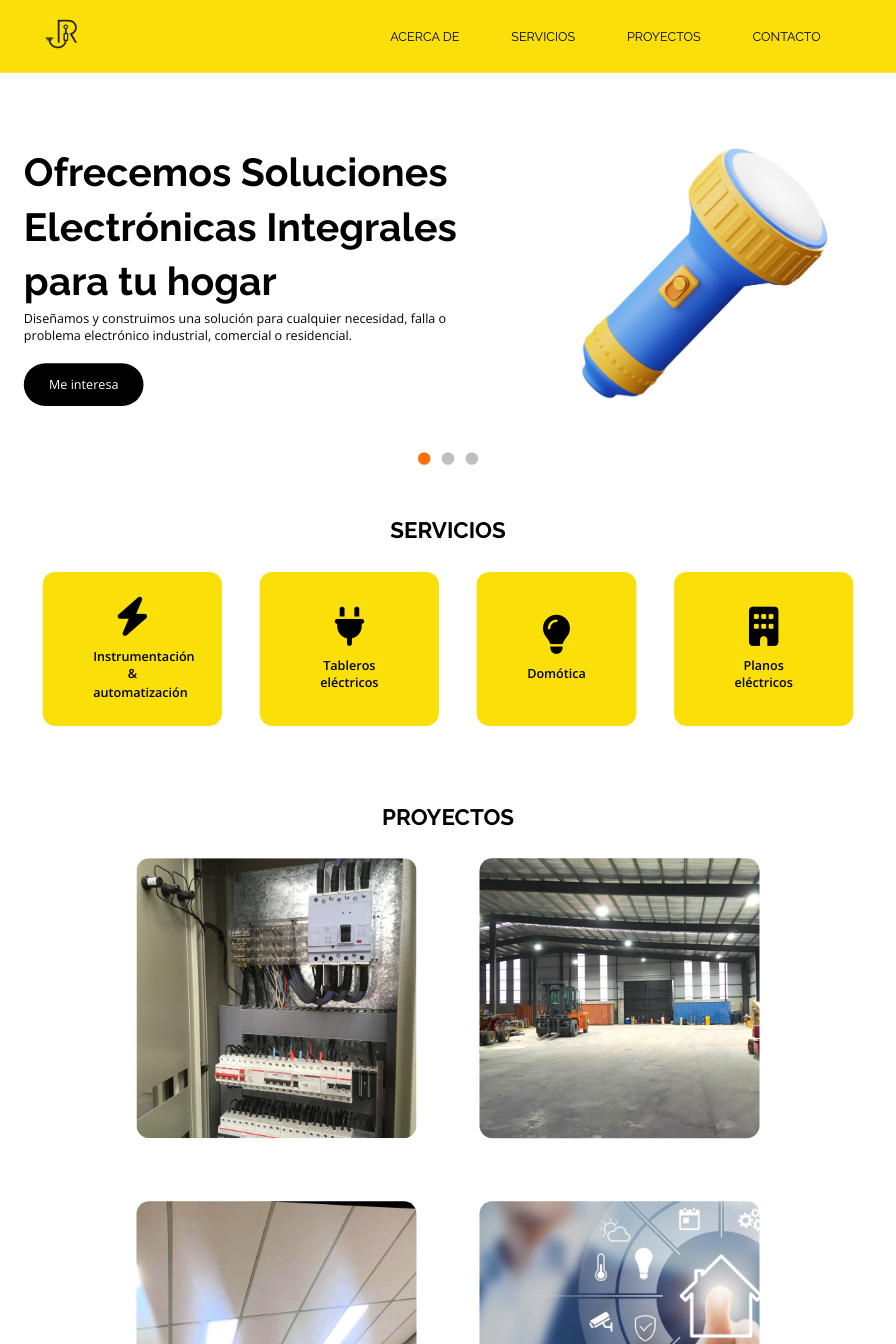
Repository: jeraldinnemg/rjelectronics
Page: index.html
An editor plug-in stored every save of this project. The page is shown before and after the next save, followed by the edit.
The browser window is 1280 px wide. The pictures show the part of the page from y = 0 to 1920 px (the page is 2823 px tall), at 70% of full size.
Some web libraries are served in a nearby version.

Above is the page before, as saved 2022-07-27 20:59:14.

### index.html
<!DOCTYPE html>
<html lang="en">
<head>
    <meta charset="UTF-8">
    <meta http-equiv="X-UA-Compatible" content="IE=edge">
    <meta name="viewport" content="width=device-width, initial-scale=1.0">
    <link rel="shortcut icon" href="favicon.ico" type="image/x-icon">
    <!-- Google fonts -->
    <link rel="preconnect" href="https://fonts.googleapis.com">
    <link rel="preconnect" href="https://fonts.gstatic.com" crossorigin>
<link href="https://fonts.googleapis.com/css2?family=Open+Sans:wght@300;400;500;600&family=Raleway:wght@300;400;500;600;700;800&display=swap" rel="stylesheet">
<link rel="stylesheet" href="https://cdnjs.cloudflare.com/ajax/libs/font-awesome/6.1.1/css/all.min.css" integrity="sha512-KfkfwYDsLkIlwQp6LFnl8zNdLGxu9YAA1QvwINks4PhcElQSvqcyVLLD9aMhXd13uQjoXtEKNosOWaZqXgel0g==" crossorigin="anonymous" referrerpolicy="no-referrer" />
    <!-- Custom system -->
    <link rel="stylesheet" href="index.css">
    <script src="https://kit.fontawesome.com/05b8218d7f.js" crossorigin="anonymous"></script>


    <script src="navigation.js" defer></script>
    <script src="tabs.js" defer></script>

    <title>RJ Electronics</title>
</head>
<body>
    <header class="primary-header flex">
            <a href="#">
                <img class="logo" width="50px" height="50px"src="/img/logo.svg" alt="">
            </a>
            <button class="mobile-nav-toggle" aria-controls="primary-navigation"><span class="sr-only" aria-expanded="false">Menu</span></button>
            <nav >
                <ul class="primary-navigation flex" data-visible="false">
                    <li><a href="#" class="uppercase text-dark ff-serif">Acerca de</a></li>
                    <li><a href="#" class="uppercase text-dark ff-serif">Servicios</a></li>
                    <li><a href="#" class="uppercase text-dark ff-serif">Proyectos</a></li>
                    <li><a href="#" class="uppercase text-dark ff-serif">Contacto</a></li>
                </ul>
            </nav>
    </header>

    <main class="grid-container grid-container--home">
        <section class="hero">
            <div class="container flex">
                <!-- CTA-1 -->
                <article class="a-self" id="lampara-tab" role="tabpanel" tabindex="0">
                    <h1 class="ff-serif fs-700">Ofrecemos Soluciones Electrónicas Integrales para tu hogar</h1>
                    <p class="ff-sans fs-400">Diseñamos y construimos una solución para cualquier necesidad, falla o problema electrónico industrial, comercial o residencial.</p>
                    <a href="#" class="button"><span>Me interesa</span></a>
                </article>
                <!-- CTA-2 -->
                <article hidden class="a-self" id="destornillador-tab" role="tabpanel" tabindex="0">
                    <h2 class="ff-serif fs-700">Creamos espacios luminosos a tu medida</h2>
                    <p class="ff-sans fs-400">Nos encargamos de calcular los lumens necesarios para que obtengas un espacio con luz de calidad.</p>
                    <a href="#" class="button"><span>Ver más</span></a>
                </article>
                <!-- CTA-3 -->
                <article hidden class="a-self" id="interruptor-tab" role="tabpanel" tabindex="0">
                    <h2 class="ff-serif fs-700">Creamos ambientes inteligentes</h2>
                    <p class="ff-sans fs-400">Nos encargamos de automatizar espacios y lugares de manera fácil y rápida.</p>
                    <a href="#" class="button"><span>Me interesa</span></a>
                </article>
                <picture class= "hero__image" id="lampara-image">
                    <img src="/img/lampara.png" alt="lampara" >
                </picture>
                <picture class= "hero__image" hidden id="destornillador-image">
                    <img src="/img/destornillador.png" alt="destornillador">
                </picture>
                <picture class= "hero__image" hidden id="interruptor-image">
                    <img src="/img/interruptor.png" alt="interruptor">
                </picture>
            </div>
            <!-- Dots -->
            <div class="dot-indicators flex" role="tablist" aria-label="services list">
                <button aria-selected="true" aria-controls="lampara-tab" data-image="lampara-image" role="tab" tabindex="0"><span class="sr-only">Lampara</span></button>
                <button aria-selected="false" aria-controls="destornillador-tab" data-image="destornillador-image" role="tab" tabindex="-1"><span class="sr-only">destornillador</span></button>
                <button aria-selected="false" aria-controls="interruptor-tab" data-image="interruptor-image" role="tab" tabindex="-1"><span class="sr-only">Interruptor</span></button>
            </div>
        </section>

        <section class="services">
            <h2 class="ff-serif fs-600 uppercase">Servicios</h2>
            <div class="container">
                <article class="card flex">
                    <i class="fa-solid fa-bolt fs-700"></i>
                    <div class="card-body">
                        <h2 class="card-title fs-400">Instrumentación & automatización</h2>

                    </div>
                </article>
                <article class="card flex">
                    <i class="fa-solid fa-plug fs-700 "></i>
                    <div class="card-body">
                        <h2 class="card-title fs-400">Tableros eléctricos</h2>

                    </div>
                </article>
                <article class="card flex">
                    <i class="fa-solid fa-lightbulb fs-700"></i>
                    <div class="card-body">
                        <h2 class="card-title fs-400">Domótica</h2>

                    </div>
                </article>
                <article class="card flex">
                    <i class="fa-solid fa-building  fs-700"></i>
                    <div class="card-body">
                        <h2 class="card-title fs-400">Planos eléctricos</h2>

                    </div>
                </article>
        </div>
        </section>
        <section class="projects">
            <h2 class="ff-serif fs-600 uppercase">Proyectos</h2>
            <div class="projects-container grid">
                <article class="project" style="background-image: url('/img/servicio-electricidad.JPG')">
                    <div class="project-overlay">
                    <h2 class="overlay-text fs-600 uppercase" >Tablero eléctrico</h2>
                    </div>
                </article>
                <article class="project" style="background-image: url('/img/trabajos-iluminacion-galpon.JPG')">
                    <div class="project-overlay">
                        <h2 class="overlay-text fs-500 uppercase">Iluminación industrial</h2>
                    </div>
                </article>
                <article class="project" style="background-image: url('/img/iluminacion-oficinas.jpeg') ">
                    <div class="project-overlay">
                        <h2 class="overlay-text fs-500 uppercase">Iluminación de oficina</h2>
                    </div>
                </article>
                <article class="project" style="background-image: url('/img/servicios-domotica.jpg') ">
                    <div class="project-overlay">
                        <h2 class="overlay-text fs-500 uppercase">Domótica en casa</h2>
                    </div>
                </article>
        </div>
        </section>
        <section class="statics">
            <h2 class="ff-serif fs-600 uppercase">Nuestros números</h2>
            <div class="grid-container" >
            <div>
                <span>+5</span>
                <p>Años de experiencia</p>
            </div>
            <div>
                <span>+40</span>
                <p>Proyectos terminados</p>
            </div>
            <div>
                <span>+20</span>
                <p>Clientes felices</p>
            </div>
        </div>
        </section>

    </main>


    <footer class="flex">
        <a href="#">
            <img class="logo" width="50px" height="50px"src="/img/logo.svg" alt="">
        </a>
        <div class="col">
            <h3>Contacto</h3>
                <p>hola@rjelectronic.com</p>
                <p>1150329541</p>
        </div>
        <div class="col">
            <h3>RRSS</h3>
                <p>hola@rjelectronic.com</p>
                <p>1150329541</p>
                <p>Content</p>
        </div>
    </footer>

</body>
</html>

### index.css
/* ----------------------- */
/* --Custom properties---- */
/* ----------------------- */

:root {
   /*colors*/
   --clr-dark: 0 0% 0%;
   --clr-main: 53 97% 51%;
   --clr-secondary: 25 100% 52%;
   --clr-white: 0 0% 100%;

/*font-sizes*/
--fs-1000: 9.375rem; /*150x*/
--fs-900: 6.25rem; /*100px*/
--fs-800: 4.5rem; /*72px*/
--fs-700: 3.5rem; /*56px*/
--fs-600: 2rem; /*32px*/
--fs-500: 1.75rem; /*28px*/
--fs-400: 1.125rem; /*18px*/
--fs-300: 1rem; /*16px*/
--fs-200: 0.875rem; /*14px*/

/*font-family*/
--ff-serif: "Raleway", serif;
--ff-sans: "Open sans", sans-serif;


}

.uppercase {
    text-transform: uppercase;
}

/* -------------- */
/* -----RESET---- */
/* -------------- */

*,
*::before,
*::after {
    box-sizing: border-box;
}

/* Reset margins */
h1,
h2,
h3,
h4,
h5,
body,
p,
picture,
figure {
    margin:0;
}

/* Set up the body  */

body {
    font-family: var(--ff-sans);
    font-size: var(--fs-400);
    color:hsl(var(--clr-dark));
    line-height: 1.4;
    min-height: 100vh;

    display: grid;
    grid-template-rows: min-content 1fr;

    overflow-x:hidden;
}

/* Make images easier to work */
img,
picture {
    max-width: 100%;
}

/* Make form elements easier to work*/
input,
select,
button,
textarea {
    font: inherit;
}

/* Remove all animations, transitions and smooth scroll for people that prefer not to see them (Accesibility Recourse piccali.li*/
@media (prefers-reduced-motion: reduce) {
    html:focus-within {
     scroll-behavior: auto;
    }

    *,
    *::before,
    *::after {
      animation-duration: 0.01ms !important;
      animation-iteration-count: 1 !important;
      transition-duration: 0.01ms !important;
      scroll-behavior: auto !important;
    }
  }

/* ------------------ */
/* -UTILITY CLASES-- */
/* ----------------- */

.flex {
    display: flex;
    gap: var(--gap, 1rem);
}

.grid {
    display: grid;
    gap: var(--gap, 1rem);
}

.a-self{
    align-self: center;
}

.container {
    padding-inline: 1em;
    margin-inline: auto;
    max-width: 80rem;

    display: flex;
    flex-direction: column;
}

.dot-indicators{
    justify-content: center;
}

.hero{
    margin-top: 2em;
}


.sr-only {
    position: absolute;
    width: 1px;
    height: 1px;
    padding: 0;
    margin: -1px;
    overflow: hidden;
    clip: rect (0,0,0,0);
    white-space: nowrap; /*added line*/
    border: 0;
}

/*Colors */

.bg-dark { background-color: hsl(var(--clr-dark));}
.bg-yellow {background-color: hsl(var(--clr-yellow));}
.bg-white { background-color: hsl(var(--clr-white));}

.text-dark { color: hsl(var(--clr-dark));}
.text-dark { color: hsl(var(--clr-dark));}
.text-dark { color: hsl(var(--clr-dark));}

/*Typography */

.ff-serif {font-family: var(--ff-serif);}
.ff-sans {font-family: var(--ff-sans);}

.letter-spacing-1  {letter-spacing: 4.75px;}
.letter-spacing-2  {letter-spacing: 2.7px;}
.letter-spacing-1  {letter-spacing: 2.35px;}

.fs-900 {font-size: var(--fs-900);}
.fs-800 {font-size: var(--fs-800);}
.fs-700 {font-size: var(--fs-700);}
.fs-600 {font-size: var(--fs-600);}
.fs-500 {font-size: var(--fs-500);}
.fs-400 {font-size: var(--fs-400);}
.fs-300 {font-size: var(--fs-300);}
.fs-200 {font-size: var(--fs-200);}

.fw-400 {font-weight: 400;}
.fw-500 {font-weight: 500;}

/* General */

.flex {
    display: flex;
    gap: var(--gap, 1rem);
}

.flex.even-columns > * {
    width: 100%;
}

.grid {
    display: grid;
    gap: var(--gap, 1rem);
}

.d-block {
    display: block;
}

/* ----------------- */
/* ---COMPONENT----- */
/* ----------------- */

/* Primary header */

.logo{
    margin: 1.5rem clamp(1.5rem, 5vw, 4rem);
}

.primary-header{
    align-items:center;
    justify-content: space-between;
    background-color: hsl(var(--clr-main));
}

.primary-navigation{
    --gap: clamp(1.5rem, 5vw, 3.5rem);
    list-style: none;
    text-decoration: none;
    padding: 0;
    margin:0;
}

.primary-navigation a, footer a{
    text-decoration: none;
    margin-right: 1em;
}

.mobile-nav-toggle{
    display: none;
}

@media(max-width:35em){
    .primary-navigation{
        --underline-gap: 0.5rem;
        position: fixed;
        inset: 0 0 0 20%;
        z-index:1000;
        padding: min(20rem, 15vh);
        margin:0;
        z-index:1000;
        list-style: none;
        flex-direction: column;
        background-color: hsl(var(--clr-main));
        transform: translateX(100%);
        transition: transform ease-in-out;

    }

    .primary-navigation[data-visible='true']{
        transform: translateX(0);
    }

    .mobile-nav-toggle {
        display: block;
        position: absolute;
        z-index:2000;
        right: 2rem;
        top: 2rem;
        background: transparent;
        background-image: url(/img/icon-hamburger.svg);
        background-repeat:no-repeat;
        background-position: center;
        width: 1.5rem;
        aspect-ratio:1;
        border: 0;
        cursor: pointer;
    }

    .mobile-nav-toggle[aria-expanded='true']{
        background-image: url(/img/icon-close.svg);
    }

    .mobile-nav-toggle:focus-visible{
        outline:5px solid white;
        outline-offset: 5px;
    }
}

@media (min-width: 35em){
    .primary-navigation{
        padding-inline: clamp(3rem, 7vw, 7rem);
    }
}

@media(min-width: 45em){
    .primary-navigation{
        margin-block:2rem;
    }
}


/* ---------- */
/* Button     */
/* --------- */

 .button {
    display: inline-flex;
	background: hsl(var(--clr-dark));
    padding: 1em 2em;
    border-radius: 2em;
    color: hsl(var(--clr-white));
	position: relative;
    text-decoration: none;
    transition: 0.3s ease all;
	position:relative;
	overflow:hidden;
    margin-top: 1.5em;
}

.button span {
	position:relative;
	z-index:2;
	transition: 0.3s ease all;
}

.button::after {
	content: "";
	width: 100%;
	height:100%;
	background: hsl(var(--clr-secondary));
	position: absolute;
	z-index: 1;
	top: -80px;
	left: 0;
	transition: 0.3s ease-in-out all;
}

.button:hover::after{
	top:0;
	}
/* ---------- */
/* Dots     */
/* --------- */

.dot-indicators > * {
        cursor: pointer;
        border: 0;
        border-radius: 50%;
        padding: .5em;
        background-color: hsl(var(--clr-dark)/ .25) ;
 }

.dot-indicators > *:hover,
.dot-indicators > *:focus {
        background-color: hsl(var(--clr-secondary)/ .5);
    }

.dot-indicators > [aria-selected="true"] {
        background-color: hsl( var(--clr-secondary) / 1);
    }

/* ---------- */
/* Card     */
/* --------- */
.card{
    background-color: hsl( var(--clr-main));
    padding: 2em 4em;
    margin: 2em 0em;
    border-radius: 1em;
    flex-direction: column;
}

i:hover{
    color: hsl( var(--clr-secondary));
}

.services, .projects, .statics{
    text-align: center;
    margin-top: 4em;
}

/* -------------------------*/
/* -------projects ----------- */
/* -------------------------*/

.projects-container{
    grid-template-columns: repeat(1, 1fr);
    margin-top: 2em;
}

.projects-container >article{
    position: relative;

    min-width: 400px;
    min-height: 400px;
    background-size: cover;
    background-repeat: no-repeat;
    background-position: center center;
    border-radius: 1em;
}

.projects .project .project-overlay{
    width: 0%;
	height: 100%;
	position: absolute;
	bottom: 0;
	left: 0;
	right: 0;
	background: hsl( var(--clr-main));
	overflow: hidden;
    border-radius: 1em;
	transition: .5s ease;
}

.projects .project:hover .project-overlay {
    width: 100%;
    opacity: 0.8;
}

.overlay-text {
	top: 50%;
	left: 50%;

	position: absolute;
	white-space: nowrap;
	color: hsl(var(--clr-dark));
	transform: translate(-50%, -50%);
	overflow: hidden;
	border-top: 1px solid #fff;
	border-bottom: 1px solid #fff;
}

/* -------------------------*/
/* -------STATICS --------- */
/* -------------------------*/
.statics .container{
    gap:3em;
    justify-content: space-between;
}

/* -------------------------*/
/* -------FOOTER ---------- */
/* -------------------------*/
footer{
    background-color: hsl( var(--clr-main));
    color: hsl( var(--clr-dark));
    padding: 2em 0em;
}

footer p{
    font-family: var(--ff-sans-normal);
    font-size: var(--fs-100);
    margin-bottom: 1em;

}

footer h3{
    font-size: var(--fs-300);
    color: var(--clr-secundary);
    margin-bottom: 0.5em;
}

footer div:first-child{
    align-items: flex-start;
}

/* -------------------------*/
/* -------Layout----------- */
/* -------------------------*/

.grid-container {
    display: grid;
    text-align: center;
    place-items:center;
    padding-inline: 1rem;
    padding-bottom: 4rem;
}

.grid-container  p:not([class]) {
    max-width: 50ch;
}

@media (min-width: 45em){
    .grid-container {
        text-align: left;
        column-gap: var(--container-gap, 2rem);
        grid-template-columns: minmax(1rem, 1fr)
        repeat (2, minmax((0, 30rem)) minmax(1rem, 1fr));
    }
    .grid-container--home {
        padding-bottom: max(6rem, 20vh);
        align-items: left;
    }
    .container {
        flex-direction: row;
        gap: 3em;
    }

    .hero__image{
        max-width: 40%;
    }

    .card{
        max-width: 20vw;
        flex-direction: column;
        justify-content: center;
    }

    .projects-container{
        grid-template-columns: repeat(2, 1fr);
        gap: 5em;
    }













}

### navigation.js
// javascript

const nav = document.querySelector(".primary-navigation");
const navToggle = document.querySelector('.mobile-nav-toggle');


// when someone clicks the hamburguer button

navToggle.addEventListener('click', () => {

// if the nav is closed, open it

    const visibility = nav.getAttribute("data-visible");

    if (visibility === 'false') {
        nav.setAttribute('data-visible', true);
        navToggle.setAttribute('aria-expanded', true);
    } else {
        nav.setAttribute('data-visible', false);
        navToggle.setAttribute('aria-expanded', false);

    }
});

### tabs.js
const tabList = document.querySelector('[role="tablist"]');
const tabs = tabList.querySelectorAll('[role="tab"]');

tabList.addEventListener('keydown', changeTabFocus);

tabs.forEach((tab) => {
    tab.addEventListener('click', changeTabPanel);
});


let tabFocus = 0;
function changeTabFocus(e) {
    const keydownLeft = 37;
    const keydownRight = 39;

    if (e.keyCode === keydownLeft || e.keyCode === keydownRight) {
        tabs[tabFocus].setAttribute("tabindex", -1);
    }

    if (e.keyCode === keydownRight) {
        tabFocus++;
        if (tabFocus >= tabs.length) {
            tabFocus = 0;
        }
    } else if (e.keyCode === keydownLeft) {
        tabFocus--;
        if (tabFocus < 0) {
            tabFocus = tabs.length - 1;
        }
    }

    tabs[tabFocus].setAttribute("tabindex", 0);
    tabs[tabFocus].focus();
}


function changeTabPanel(e) {
    const targetTab = e.target;
    const targetPanel = targetTab.getAttribute("aria-controls");
    const targetImage = targetTab.getAttribute("data-image");

    const tabContainer = targetTab.parentNode;
    const mainContainer = tabContainer.parentNode;

    tabContainer
    .querySelector('[aria-selected="true"]')
    .setAttribute("aria-selected", false);

    targetTab.setAttribute("aria-selected", true);

    hideContent(mainContainer, '[role="tabpanel"]');
    showContent(mainContainer, [`#${targetPanel}`]);
    //mainContainer
    //    .querySelectorAll('[role="tabpanel"]')
    //    .forEach((panel) => panel.setAttribute("hidden", true));


    hideContent(mainContainer, 'picture');
    showContent(mainContainer, [`#${targetImage}`]);

    //mainContainer
    //    .querySelectorAll('picture')
    //    .forEach((picture) => picture.setAttribute("hidden", true));

    //mainContainer.querySelector([`#${targetImage}`]).removeAttribute('hidden');

    // console.log(mainContainer);
}

function hideContent(parent, content){
    parent
    .querySelectorAll(content)
    .forEach((item) => item.setAttribute("hidden", true));

}

function showContent(parent, content){
    parent
    .querySelector(content)
    .removeAttribute('hidden');
}

After the next save:
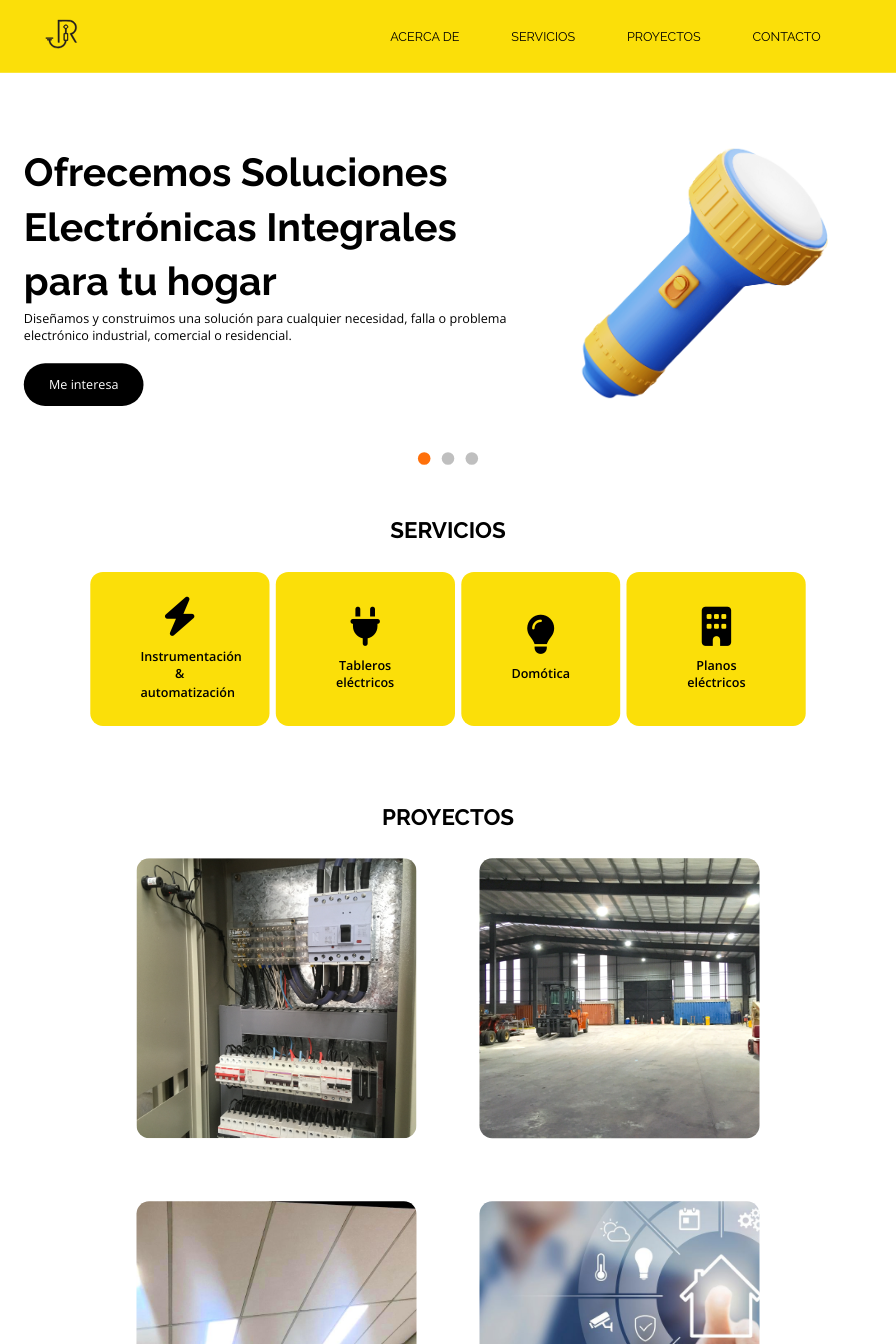
Saved 11 s later.
--- a/index.css
+++ b/index.css
@@ -485,7 +485,7 @@ footer div:first-child{
     }
     .container {
         flex-direction: row;
-        gap: 3em;
+        gap: .5em;
     }
 
     .hero__image{
